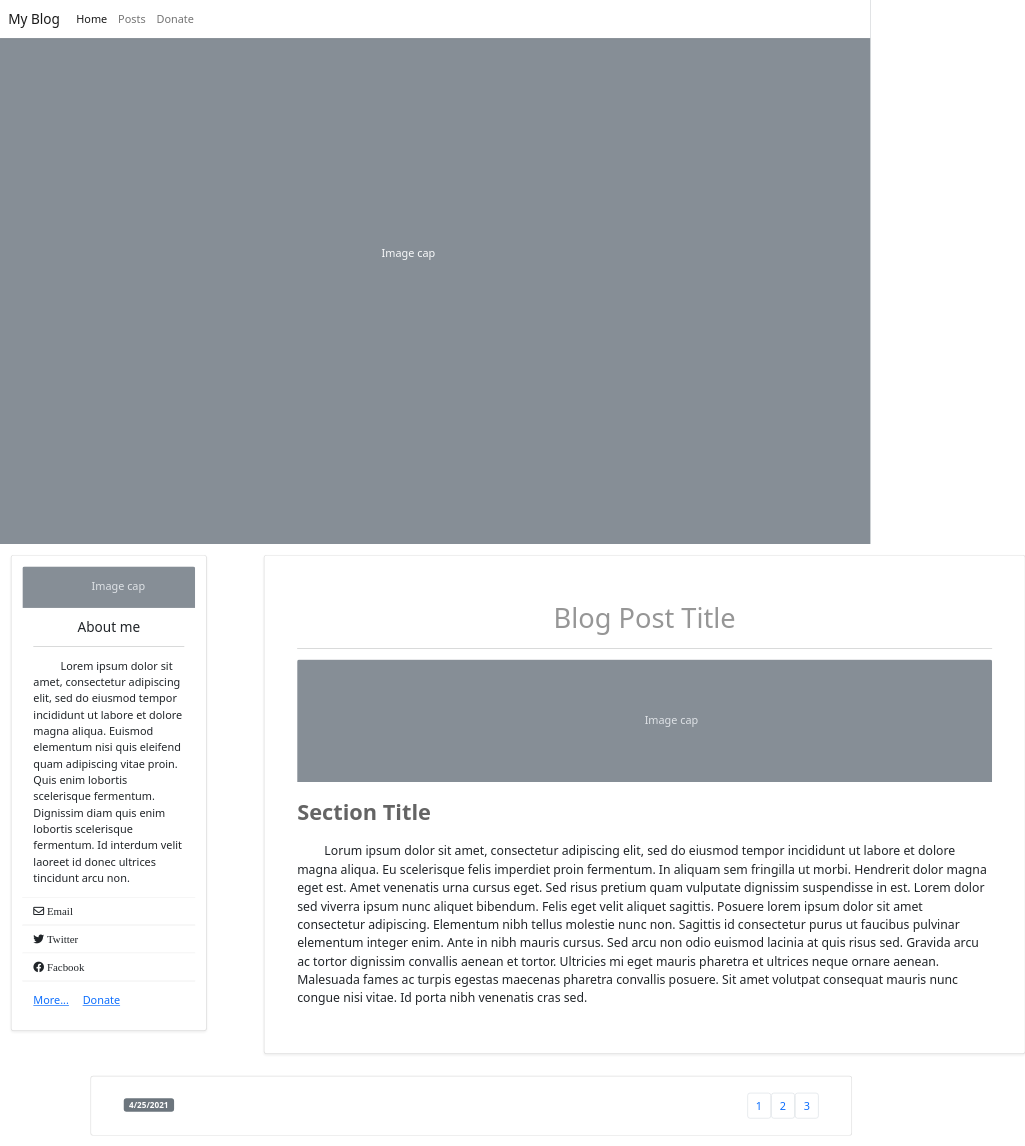
Repository: LublubXT/Azi-Tec-Team
Page: views/templates/blogs/personalblog/posts.html
An editor plug-in stored every save of this project. The page is shown before and after the next save, followed by the edit.
The browser window is 1280 px wide. The page is 1508 px wide, so the pictures cover 1508 px, including what lies to the right of the window. The pictures show the whole page, at 68% of full size.

Above is the page before, as saved 2021-03-11 13:00:05.

### views/templates/blogs/personalblog/posts.html
<!DOCTYPE html>
<html lang="en">

    <head>
        <meta charset="UTF-8">
        <meta http-equiv="X-UA-Compatible" content="IE=edge">
        <meta name="viewport" content="width=device-width, initial-scale=1.0">

        <!-- import style sheet file -->
        <link rel="stylesheet" href="css/style.css">
        <link rel="stylesheet" href="css/bootstrap.min.css">
        <link rel="stylesheet" href="fontawesome/css/all.css">
        <script src="https://cdn.jsdelivr.net/npm/bootstrap@5.0.0-beta2/dist/js/bootstrap.bundle.min.js"
            integrity="sha384-b5kHyXgcpbZJO/tY9Ul7kGkf1S0CWuKcCD38l8YkeH8z8QjE0GmW1gYU5S9FOnJ0"
            crossorigin="anonymous"></script>


        <title>My Blog</title>
    </head>

    <body>
        <div class="header imgDiv">
            <nav class="navbar navbar-expand-lg navbar-light fixed-top shadow-sm" style="background-color: #fff;">
                <div class="container-fluid">
                    <a class="navbar-brand" href="home.html">My Blog</a>
                    <button class="navbar-toggler" type="button" data-bs-toggle="collapse"
                        data-bs-target="#navbarNavAltMarkup" aria-controls="navbarNavAltMarkup" aria-expanded="false"
                        aria-label="Toggle navigation">
                        <span class="navbar-toggler-icon"></span>
                    </button>
                    <div class="collapse navbar-collapse float-end" id="navbarNavAltMarkup">
                        <div class="navbar-nav float-end">
                            <a class="nav-link active" aria-current="page" href="home.html">Home</a>
                            <a class="nav-link" href="posts.html">Posts</a>
                            <a class="nav-link" href="donate.html">Donate</a>
                        </div>
                    </div>
                </div>
            </nav>
            <p class="card-text position-absolute top-50 end-50 text-light">Image
                cap</p>
        </div>

        <div>
            <div style="width: 100%;" class="grid-container tab-content">

                <div class="card mx-3 my-3 shadow-sm grid-child p-3" style="width: 18rem; height: 700px; ">
                    <svg class="bd-placeholder-img card-img-top" width="100%" height="180"
                        xmlns="http://www.w3.org/2000/svg" role="img" aria-label="Placeholder: Image cap"
                        preserveAspectRatio="xMidYMid slice" focusable="true">
                        <title>Placeholder</title>
                        <rect width="100%" height="100%" fill="#868e96"></rect><text x="40%" y="50%" fill="#dee2e6"
                            dy=".3em">Image
                            cap</text>
                    </svg>
                    <div class="card-body">
                        <h5 class="card-title" style="text-align: center;">About me</h5>
                        <hr>
                        <p class="card-text"><span class="tab"></span>Lorem ipsum dolor sit amet, consectetur adipiscing
                            elit, sed do eiusmod
                            tempor
                            incididunt ut labore et dolore magna
                            aliqua. Euismod elementum nisi quis eleifend quam adipiscing vitae proin. Quis enim lobortis
                            scelerisque fermentum.
                            Dignissim diam quis enim lobortis scelerisque fermentum. Id interdum velit laoreet id donec
                            ultrices tincidunt arcu non.</p>
                    </div>
                    <ul class="list-group list-group-flush">
                        <li class="list-group-item"><i class="far fa-envelope"> Email</i></li>
                        <li class="list-group-item"><i class="fab fa-twitter"> Twitter</i></li>
                        <li class="list-group-item"><i class="fab fa-facebook"> Facbook</i></li>
                    </ul>
                    <div class="card-body">
                        <a href="#" class="card-link">More...</a>
                        <a href="#" class="card-link">Donate</a>
                    </div>
                </div>
                <div class="card mx-5 my-3 float-end shadow-sm grid-child p-5 tab-pane fade show active"
                    style="width: 70rem; height: auto;" id="pills-1" role="tabpanel" aria-labelledby="pills-1-tab">
                    <h1 class="blog_title">Blog Post Title</h1>
                    <hr>
                    <svg class="bd-placeholder-img card-img-top" width="100%" height="180"
                        xmlns="http://www.w3.org/2000/svg" role="img" aria-label="Placeholder: Image cap"
                        preserveAspectRatio="xMidYMid slice" focusable="true">
                        <title>Placeholder</title>
                        <rect width="100%" height="100%" fill="#868e96"></rect><text x="50%" y="50%" fill="#dee2e6"
                            dy=".3em">Image
                            cap</text>
                    </svg>
                    <p class="main_title">Section Title</p>
                    <p class="text-dark main_p"><span class="tab"></span> Lorum ipsum dolor sit amet, consectetur
                        adipiscing
                        elit,
                        sed do eiusmod
                        tempor
                        incididunt ut labore et dolore magna
                        aliqua. Eu scelerisque felis imperdiet proin fermentum. In aliquam sem fringilla ut morbi.
                        Hendrerit
                        dolor magna eget
                        est. Amet venenatis urna cursus eget. Sed risus pretium quam vulputate dignissim suspendisse in
                        est.
                        Lorem dolor sed
                        viverra ipsum nunc aliquet bibendum. Felis eget velit aliquet sagittis. Posuere lorem ipsum
                        dolor
                        sit amet consectetur
                        adipiscing. Elementum nibh tellus molestie nunc non. Sagittis id consectetur purus ut faucibus
                        pulvinar elementum
                        integer enim. Ante in nibh mauris cursus. Sed arcu non odio euismod lacinia at quis risus sed.
                        Gravida arcu ac tortor
                        dignissim convallis aenean et tortor. Ultricies mi eget mauris pharetra et ultrices neque ornare
                        aenean. Malesuada fames
                        ac turpis egestas maecenas pharetra convallis posuere. Sit amet volutpat consequat mauris nunc
                        congue nisi vitae. Id
                        porta nibh venenatis cras sed.
                    </p>
                </div>
            </div>
            <div class="container card float-end my-3 py-2 px-5" style="margin: auto; margin-right: 27px; width: 70rem">
                <div class="row">
                    <div class="col">

                        <span class="badge bg-secondary my-4">4/25/2021</span>

                    </div>

                    <div class="col">
                        <nav aria-label="Page navigation example">
                            <ul class="pagination my-3 float-end nav nav-pills mb-3" id="pills-tab" role="tablist">

                                <li class="nav-item active" role="presentation"><a class="page-link nav-link"
                                        id="pills-1-tab" data-bs-toggle="pill" data-bs-target="#pills-1" type="button"
                                        role="tab" aria-controls="pills-1" aria-selected="true">1</a></li>
                                <li class="nav-item" role="presentation"><a class="page-link nav-link" id="pills-2-tab"
                                        data-bs-toggle="pill" data-bs-target="#pills-2" type="button" role="tab"
                                        aria-controls="pills-2" aria-selected="true">2</a></li>
                                <li class="nav-item" role="presentation"><a class="page-link nav-link" id="pills-3-tab"
                                        data-bs-toggle="pill" data-bs-target="#pills-3" type="button" role="tab"
                                        aria-controls="pills-3" aria-selected="true">3</a></li>

                            </ul>
                        </nav>
                    </div>

                </div>

            </div>
        </div>

    </body>

</html>

### views/templates/blogs/personalblog/css/style.css
body {
    margin: 0px;
    padding: 0px;
}

.header {
    max-width: 100%;
    height: 50rem;
}

.imgDiv {
    background-color: #868e96;
    max-width: 100%;
}



.mainlink {
    color: white;
    font-family: 'Courier New', Courier, monospace;
    font-weight: bolder;
    /* background: transparent; */
    font-size: xx-large;
    text-decoration: none;
    float: left;
    margin: 10px;
}

.link {
    color: white;
    font-family: 'Courier New', Courier, monospace;
    font-weight: bolder;
    background: transparent;
    font-size: large;
    float: right;
    margin: 10px;
    margin-left: 10px;
    text-decoration: none;
}

.main_p {
    color: rgb(100, 100, 100);
    font-size: large;
    font-weight: 400;
    margin-top: 20px;
    margin-bottom: 20px;
}

.tab {
    margin-left: 40px;
}

.main_title {
    color: rgb(100, 100, 100);
    font-size: xx-large;
    font-weight: bold;
    margin-top: 20px;
    margin-bottom: 20px;
}

.blog_title {
    text-align: center;
    color: rgb(150, 150, 150);
    margin-top: 20px;
    margin-bottom: 20px;
}

.blog_hr {
    color: rgb(50, 50, 50);
    background: transparent;
    border-top: 10px dotted rgb(50, 50, 50);
    border-left: none;
    border-right: none;
    border-bottom: none;
    margin: auto;
    margin-top: 20px;
    margin-bottom: 40px;
    width: 30rem;
}

.grid-container {
    display: grid;
    grid-template-columns: 1fr 1fr;
    grid-gap: 20px;
}

Loaded but not shown: views/templates/blogs/personalblog/css/bootstrap.min.css (library); views/templates/blogs/personalblog/fontawesome/css/all.css (library)

After the next save:
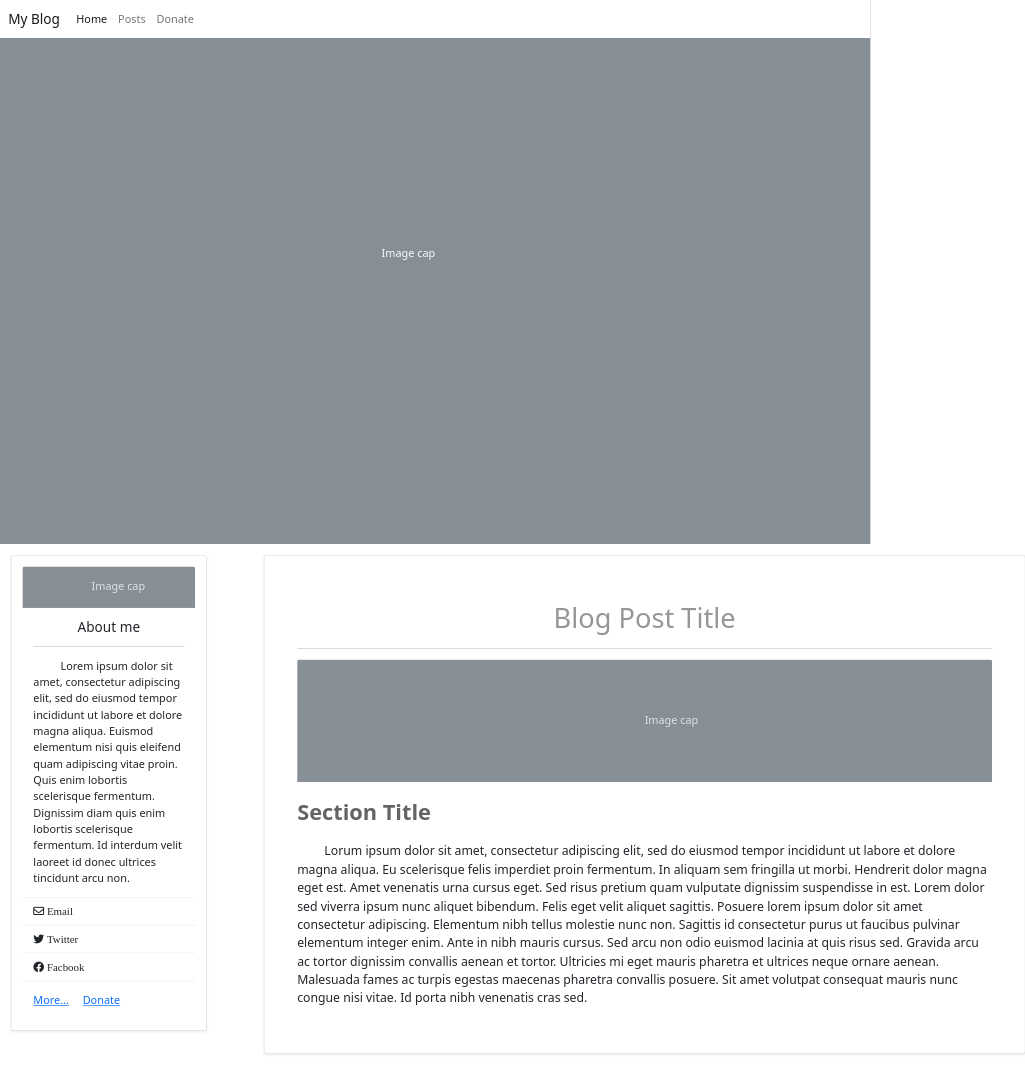
Saved 7 s later.
--- a/views/templates/blogs/personalblog/posts.html
+++ b/views/templates/blogs/personalblog/posts.html
@@ -115,35 +115,6 @@
                     </p>
                 </div>
             </div>
-            <div class="container card float-end my-3 py-2 px-5" style="margin: auto; margin-right: 27px; width: 70rem">
-                <div class="row">
-                    <div class="col">
-
-                        <span class="badge bg-secondary my-4">4/25/2021</span>
-
-                    </div>
-
-                    <div class="col">
-                        <nav aria-label="Page navigation example">
-                            <ul class="pagination my-3 float-end nav nav-pills mb-3" id="pills-tab" role="tablist">
-
-                                <li class="nav-item active" role="presentation"><a class="page-link nav-link"
-                                        id="pills-1-tab" data-bs-toggle="pill" data-bs-target="#pills-1" type="button"
-                                        role="tab" aria-controls="pills-1" aria-selected="true">1</a></li>
-                                <li class="nav-item" role="presentation"><a class="page-link nav-link" id="pills-2-tab"
-                                        data-bs-toggle="pill" data-bs-target="#pills-2" type="button" role="tab"
-                                        aria-controls="pills-2" aria-selected="true">2</a></li>
-                                <li class="nav-item" role="presentation"><a class="page-link nav-link" id="pills-3-tab"
-                                        data-bs-toggle="pill" data-bs-target="#pills-3" type="button" role="tab"
-                                        aria-controls="pills-3" aria-selected="true">3</a></li>
-
-                            </ul>
-                        </nav>
-                    </div>
-
-                </div>
-
-            </div>
         </div>
 
     </body>
